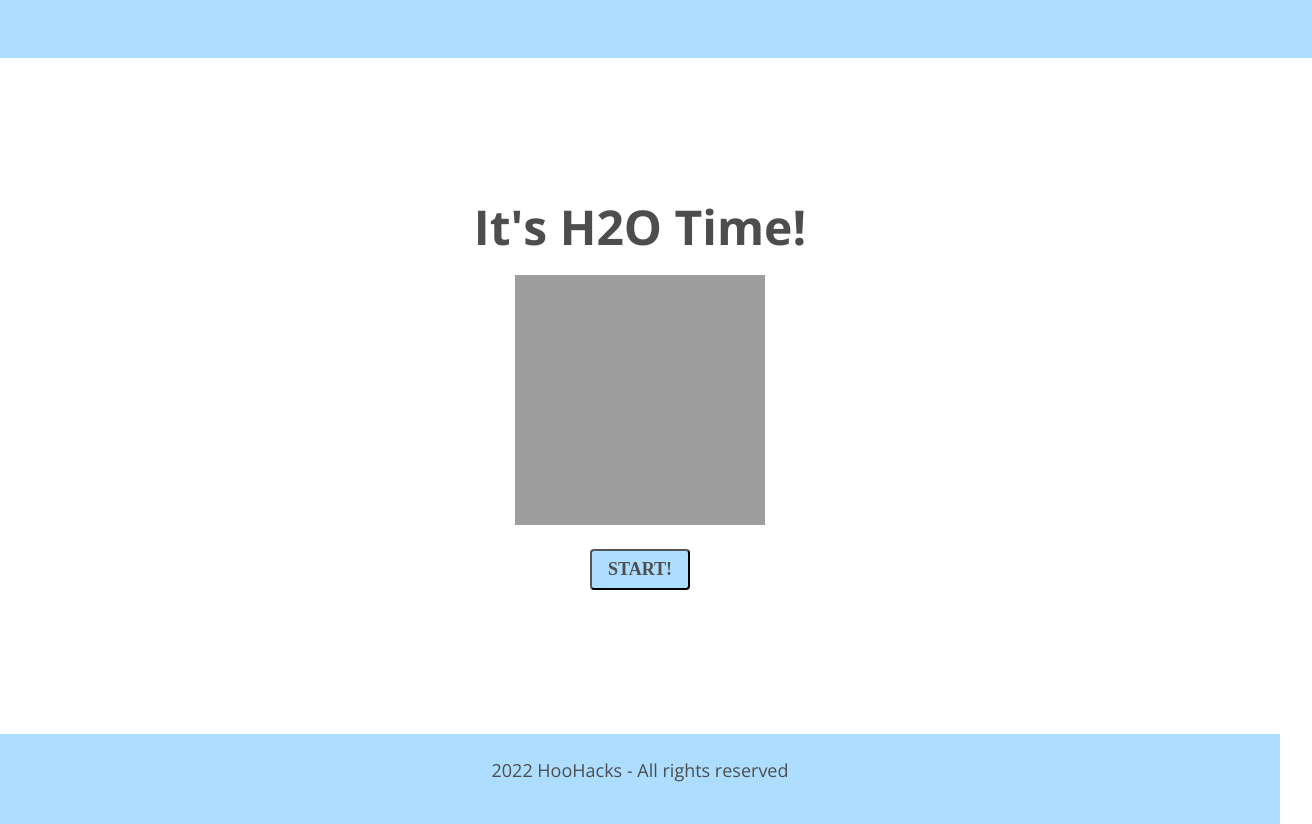
Repository: jennyjjung/H2ODaily
Page: index.html
An editor plug-in stored every save of this project. The page is shown before and after the next save, followed by the edit.
The browser window is 1280 px wide. The page is 1312 px wide, so the pictures cover 1312 px, including what lies to the right of the window. The pictures show the whole page.
Pictures or frames that could not be fetched are drawn as grey boxes. Some web fonts or font styles are not loaded; a fallback is used.

Above is the page before, as saved 2022-03-26 16:28:39.

After the next save:
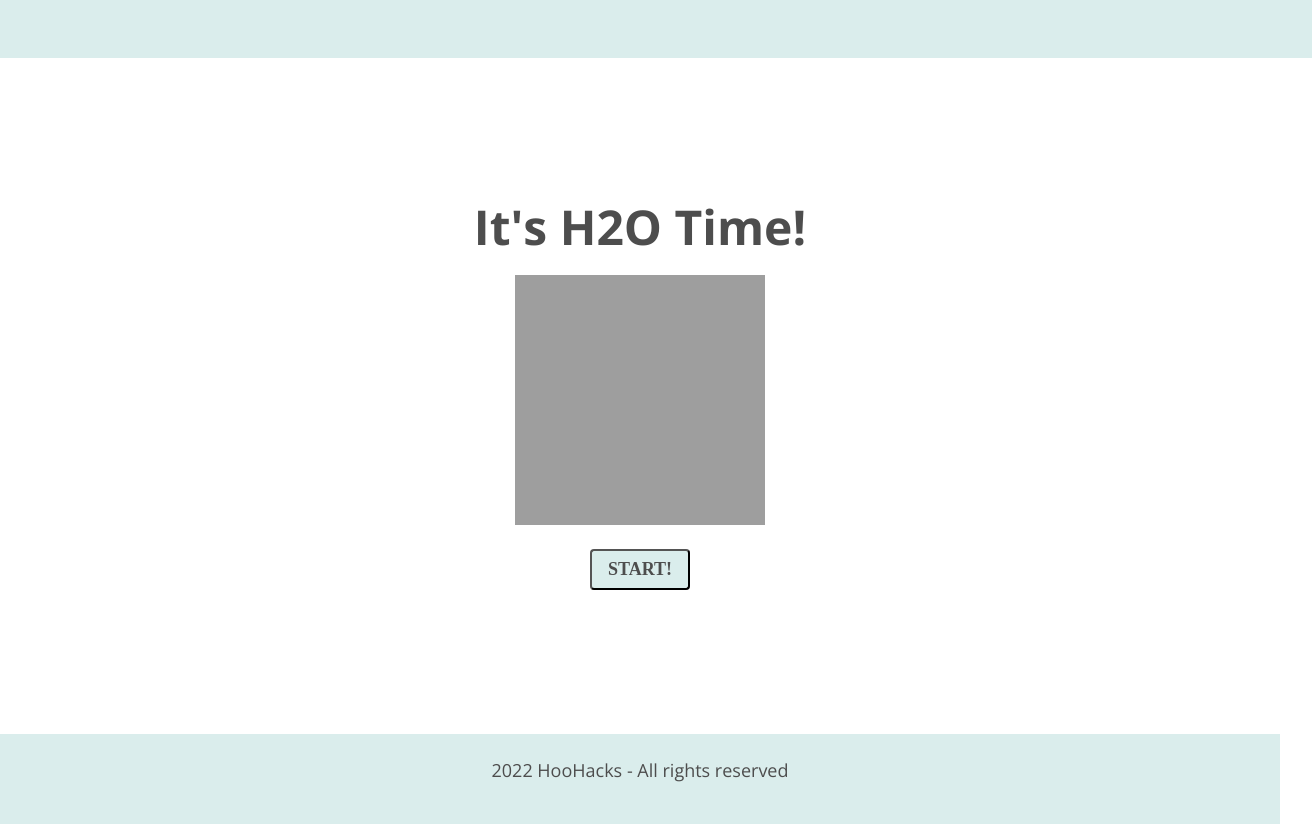
Saved 3 min 36 s later.
--- a/style.css
+++ b/style.css
@@ -3,7 +3,7 @@
   /* Color */
   --color-white: #ffffff;
   --color-dark-grey: #4d4d4d;
-  --color-blue: #addeff;
+  --color-blue: #daedec;
   --color-dark-blue: #95ccf0;
 
   /* Font weight */
